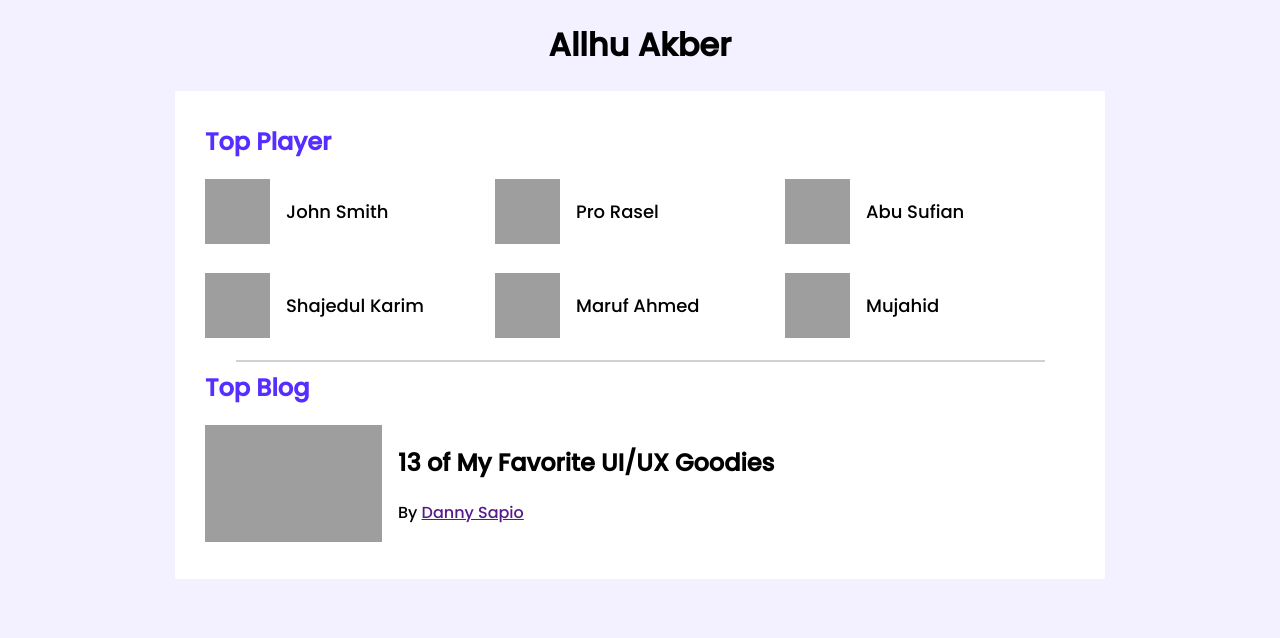
Repository: zjria/leader-board
Page: index.html
An editor plug-in stored every save of this project. The page is shown before and after the next save, followed by the edit.
The browser window is 1280 px wide. The pictures show the whole page.
Pictures or frames that could not be fetched are drawn as grey boxes.

Above is the page before, as saved 2022-09-04 08:19:19.

After the next save:
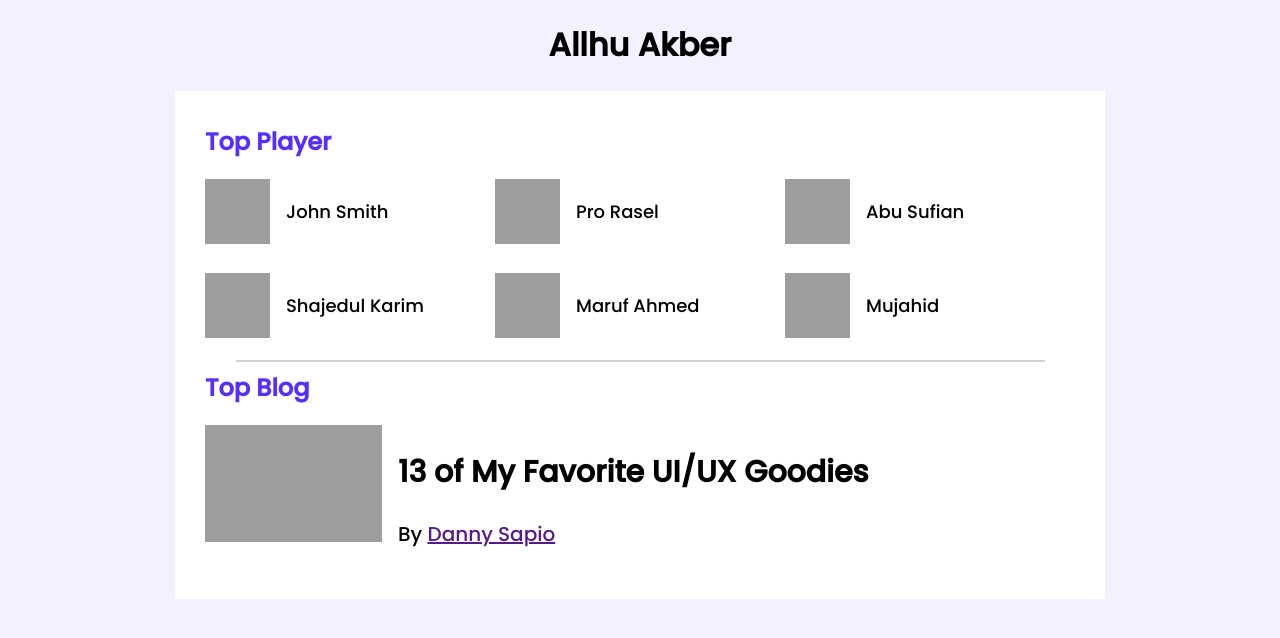
Saved 62 s later.
--- a/style/style.css
+++ b/style/style.css
@@ -78,3 +78,7 @@ h2.section-title {
     height: 117px;
     margin-right: 16px;
 }
+
+.blog-contain {
+    font-size: 20px;
+}
